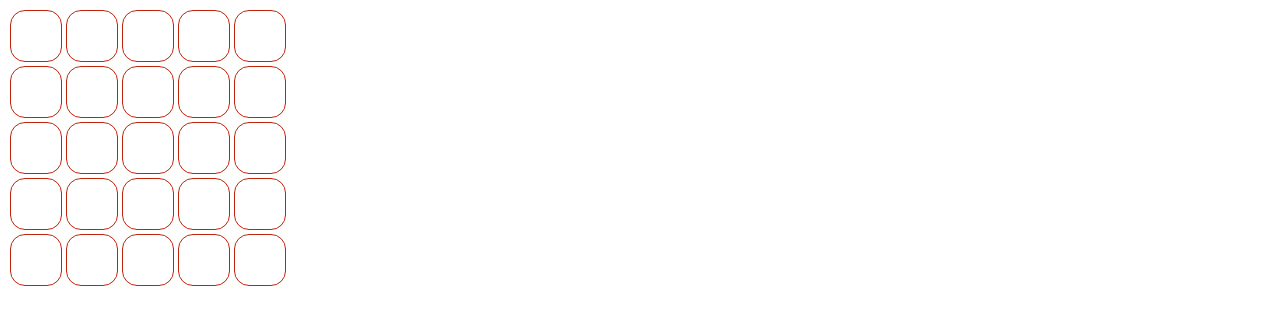
Repository: LechCieslak/anchor_and_anchois
Page: index.html
The author's editor kept a copy of each file at every save. The page is drawn from the files as they stood at one save, then again after the next save.
The browser window is 1280 px wide. The pictures show the whole page.

Above is the page before, as saved 2020-04-20 21:49:40.

### index.html
<!DOCTYPE html>
<html lang="en">
<head>
    <meta charset="UTF-8">
    <meta name="viewport" content="width=device-width, initial-scale=1.0">
    <meta http-equiv="X-UA-Compatible" content="ie=edge">
    <link rel="stylesheet" href="style.css">
    <title>Anchor and Anchois</title>
</head>
<body>

    <div class="row">
        <div class="field" onclick="boberFunc()"></div>
        <div class="field" onclick="boberFunc2()"></div>
        <div class="field" onclick="boberFunc()"></div>
        <div class="field" onclick="boberFunc()"></div>
        <div class="field"></div>

        <div class="field"></div>
        <div class="field"></div>
        <div class="field"></div>
        <div class="field"></div>
        <div class="field"></div>

        <div class="field"></div>
        <div class="field"></div>
        <div class="field"></div>
        <div class="field"></div>
        <div class="field"></div>

        <div class="field"></div>
        <div class="field"></div>
        <div class="field"></div>
        <div class="field"></div>
        <div class="field"></div>

        <div class="field"></div>
        <div class="field"></div>
        <div class="field"></div>
        <div class="field"></div>
        <div class="field"></div>
    </div>

    <!-- <button onclick="boberFunc()">click me</button> -->



    <script src="app.js"></script>
</body>
</div></htm>

### style.css
* {
    padding: 0;
    margin: 0;
}

.row {
    display: inline-block;
    width: 280px;
    margin: 10px;
 }

.field {
    display: inline-block;
    border: 1px solid #be2409;
    border-radius: 15px;
    width: 50px;
    height: 50px;
}

.field:hover {
    background-color: #be2409;
    /* background-image: url(images/face.png); */
}

.field:active {
    background-image: url(images/face.png);
    background-color: #09be21;
}

### app.js
let ter = new Date;

boberFunc = () => {
    console.log("1. div");
}

boberFunc2 = () => {
    console.log(ter.getHours()+":"+ter.getMinutes()+":"+ter.getSeconds());
console.log(ter.getTime())
}

After the next save:
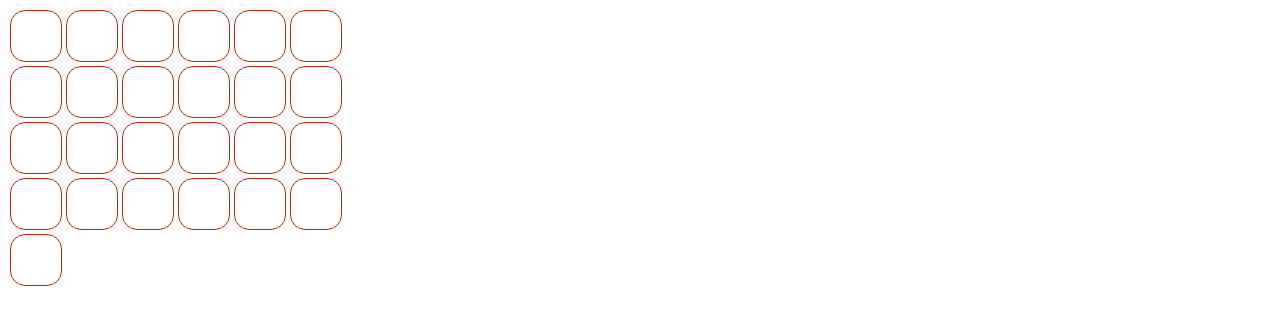
Saved 24 s later.
--- a/style.css
+++ b/style.css
@@ -5,7 +5,7 @@
 
 .row {
     display: inline-block;
-    width: 280px;
+    width: 350px;
     margin: 10px;
  }
 
